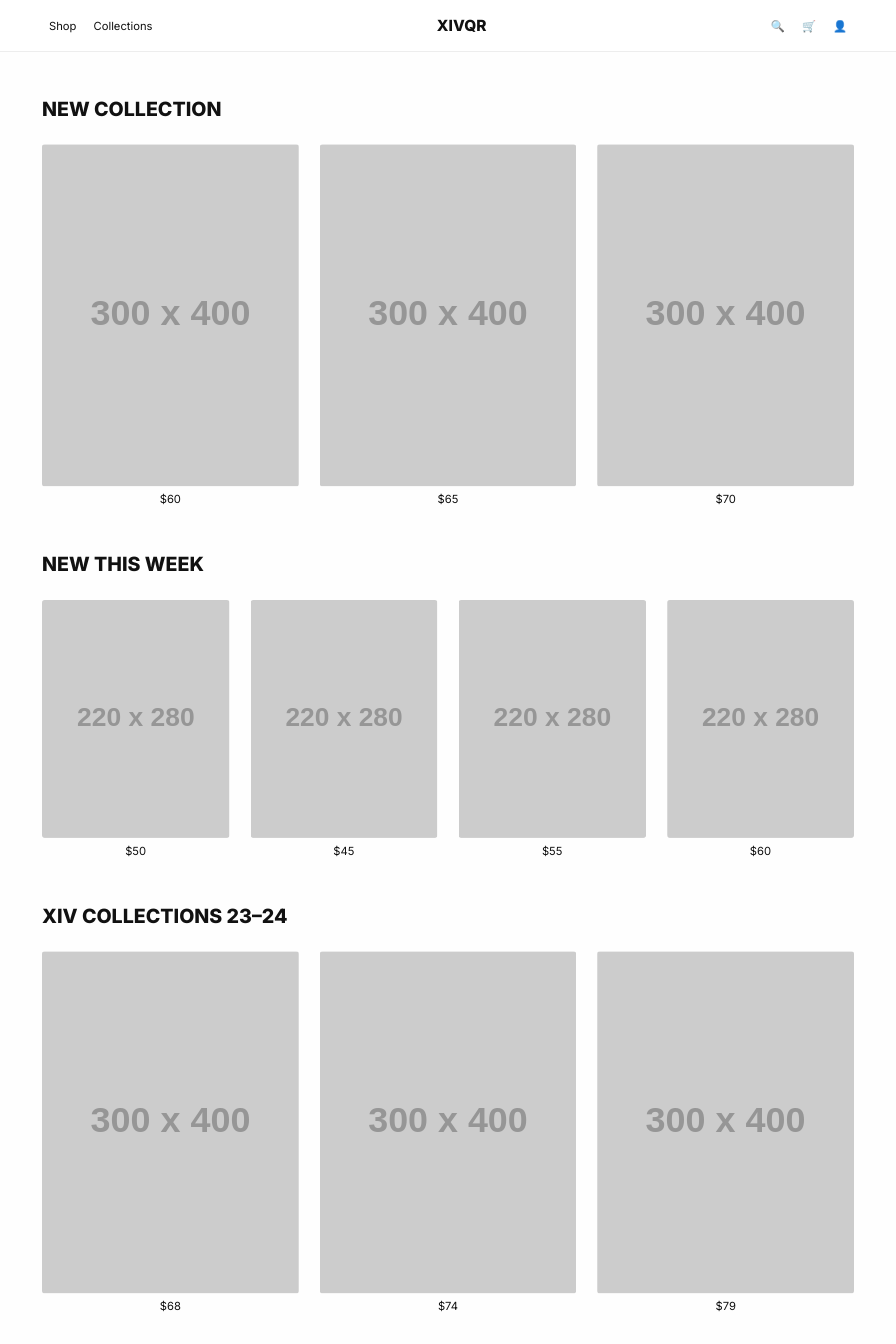
Repository: Diegoms0595/retail-dashboard-app
Page: index.html
The author's editor kept a copy of each file at every save. The page is drawn from the files as they stood at one save, then again after the next save.
The browser window is 1280 px wide. The pictures show the part of the page from y = 0 to 1920 px (the page is 2739 px tall before and 15492 px after), at 70% of full size.

Above is the page before, as saved 2025-06-19 18:08:09.

After the next save:
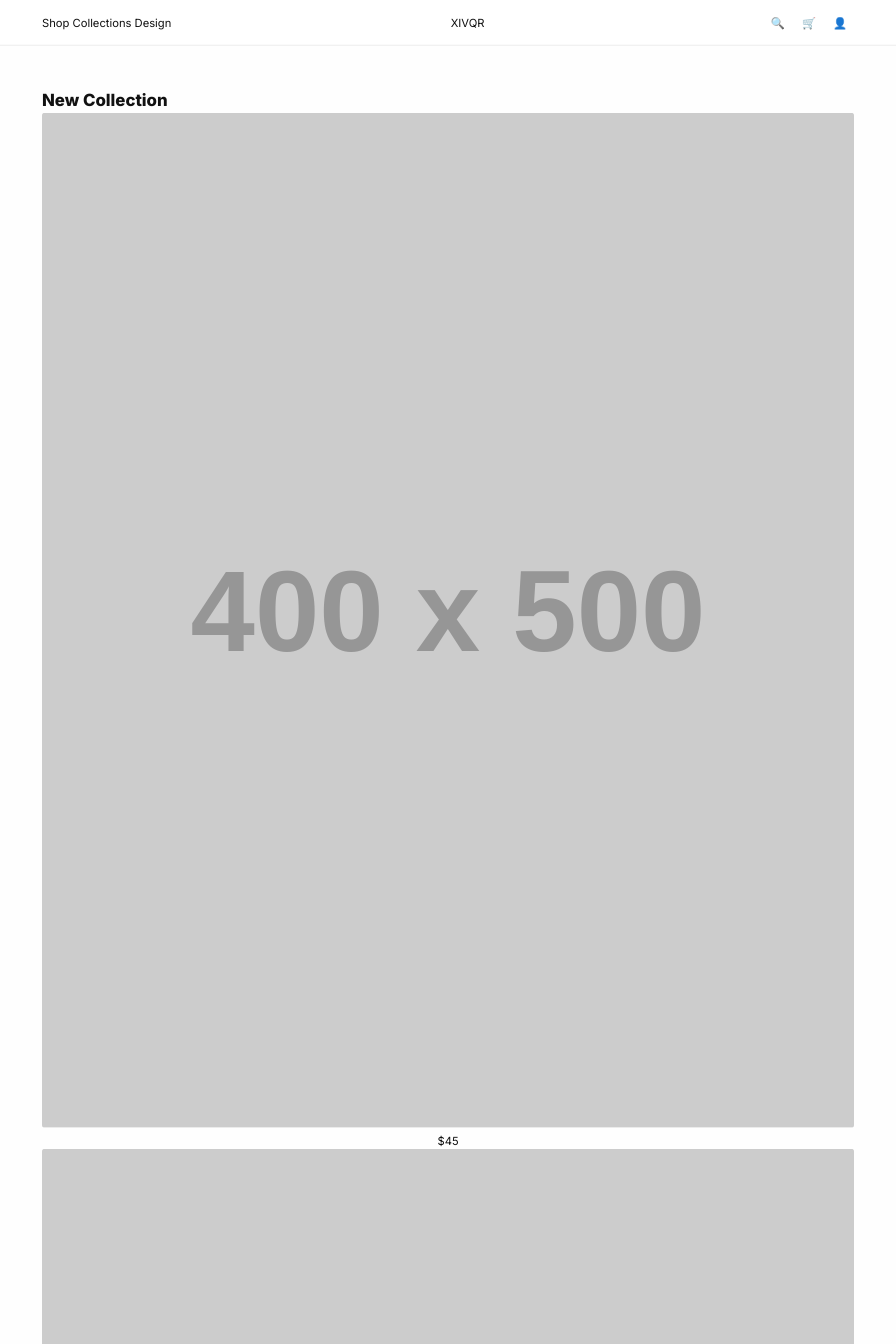
Saved 100 s later.
--- a/index.html
+++ b/index.html
@@ -3,19 +3,19 @@
 <head>
   <meta charset="UTF-8" />
   <meta name="viewport" content="width=device-width, initial-scale=1.0"/>
-  <title>XIV QR Store</title>
+  <title>XIVQR Fashion</title>
   <link href="https://fonts.googleapis.com/css2?family=Inter:wght@400;600;800&display=swap" rel="stylesheet">
   <link rel="stylesheet" href="style.css" />
 </head>
 <body>
 
-  <!-- Navbar -->
   <header class="navbar">
-    <div class="left-links">
+    <div class="left-menu">
       <a href="#">Shop</a>
       <a href="#">Collections</a>
+      <a href="#">Design</a>
     </div>
-    <div class="logo">XIVQR</div>
+    <div class="center-logo">XIVQR</div>
     <div class="right-icons">
       <span>🔍</span>
       <span>🛒</span>
@@ -23,55 +23,49 @@
     </div>
   </header>
 
-  <!-- Hero Section -->
   <section class="section">
-    <h2 class="section-title">New Collection</h2>
-    <div class="products three">
-      <div class="product"><img src="https://via.placeholder.com/300x400" /><p>$60</p></div>
-      <div class="product"><img src="https://via.placeholder.com/300x400" /><p>$65</p></div>
-      <div class="product"><img src="https://via.placeholder.com/300x400" /><p>$70</p></div>
+    <h2 class="title">New Collection</h2>
+    <div class="product-row">
+      <div class="product"><img src="https://via.placeholder.com/400x500" /><p>$45</p></div>
+      <div class="product"><img src="https://via.placeholder.com/400x500" /><p>$50</p></div>
+      <div class="product"><img src="https://via.placeholder.com/400x500" /><p>$55</p></div>
     </div>
   </section>
 
-  <!-- New This Week -->
   <section class="section">
-    <h2 class="section-title">New This Week</h2>
-    <div class="products four">
-      <div class="product"><img src="https://via.placeholder.com/220x280" /><p>$50</p></div>
-      <div class="product"><img src="https://via.placeholder.com/220x280" /><p>$45</p></div>
-      <div class="product"><img src="https://via.placeholder.com/220x280" /><p>$55</p></div>
-      <div class="product"><img src="https://via.placeholder.com/220x280" /><p>$60</p></div>
+    <h2 class="title">New This Week</h2>
+    <div class="product-row small">
+      <div class="product"><img src="https://via.placeholder.com/250x300" /><p>$30</p></div>
+      <div class="product"><img src="https://via.placeholder.com/250x300" /><p>$35</p></div>
+      <div class="product"><img src="https://via.placeholder.com/250x300" /><p>$40</p></div>
+      <div class="product"><img src="https://via.placeholder.com/250x300" /><p>$38</p></div>
     </div>
   </section>
 
-  <!-- Collection 23-24 -->
   <section class="section">
-    <h2 class="section-title">XIV Collections 23–24</h2>
-    <div class="products three">
-      <div class="product"><img src="https://via.placeholder.com/300x400" /><p>$68</p></div>
-      <div class="product"><img src="https://via.placeholder.com/300x400" /><p>$74</p></div>
-      <div class="product"><img src="https://via.placeholder.com/300x400" /><p>$79</p></div>
+    <h2 class="title">XIV Collections 23–24</h2>
+    <div class="product-row">
+      <div class="product"><img src="https://via.placeholder.com/400x500" /><p>$65</p></div>
+      <div class="product"><img src="https://via.placeholder.com/400x500" /><p>$70</p></div>
+      <div class="product"><img src="https://via.placeholder.com/400x500" /><p>$75</p></div>
     </div>
   </section>
 
-  <!-- Design Philosophy -->
-  <section class="section center-text">
-    <h3 class="philosophy-title">OUR APPROACH TO FASHION DESIGN</h3>
-    <p class="philosophy-text">We combine contemporary minimalism with timeless tailoring. Designed to adapt to modern life.</p>
+  <section class="design-section">
+    <h3>OUR APPROACH TO FASHION DESIGN</h3>
+    <p>From silhouettes to stitching, we aim to redefine fashion through simplicity and precision.</p>
   </section>
 
-  <!-- Image Gallery -->
-  <section class="gallery">
+  <section class="image-gallery">
     <img src="https://via.placeholder.com/200x250" />
     <img src="https://via.placeholder.com/200x250" />
     <img src="https://via.placeholder.com/200x250" />
     <img src="https://via.placeholder.com/200x250" />
   </section>
 
-  <!-- Footer -->
   <footer class="footer">
     <div class="footer-logo">XIV<br>QR</div>
-    <p>&copy; 2025 XIVQR. All rights reserved.</p>
+    <p>&copy; 2025 XIVQR — All rights reserved</p>
   </footer>
 
 </body>
